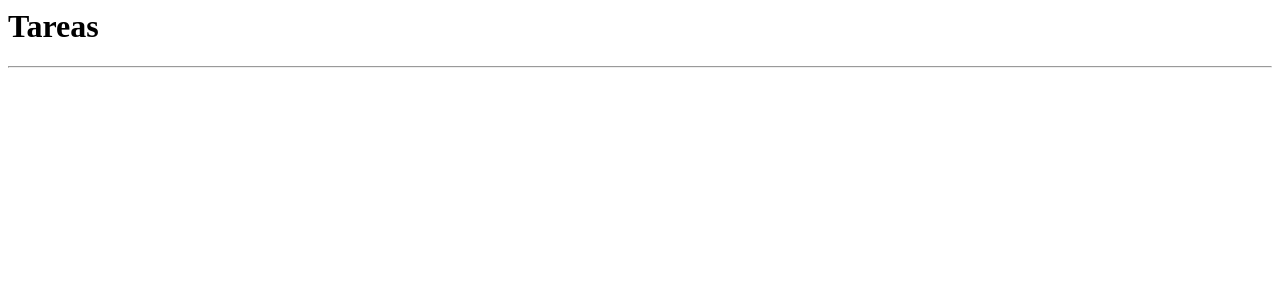
Repository: jhonatan810/waAdministradirdeTareas
Page: AdministradordeTareas/WebContent/paginas/tareas.html
An editor plug-in stored every save of this project. The page is shown before and after the next save, followed by the edit.
The browser window is 1280 px wide. The pictures show the whole page.

Above is the page before, as saved 2016-10-28 22:10:33.

### AdministradordeTareas/WebContent/paginas/tareas.html
<h1>Tareas</h1>

<hr>

<div class="table-responsive">
	<table class="table table-hover">


	</table>
</div>

After the next save:
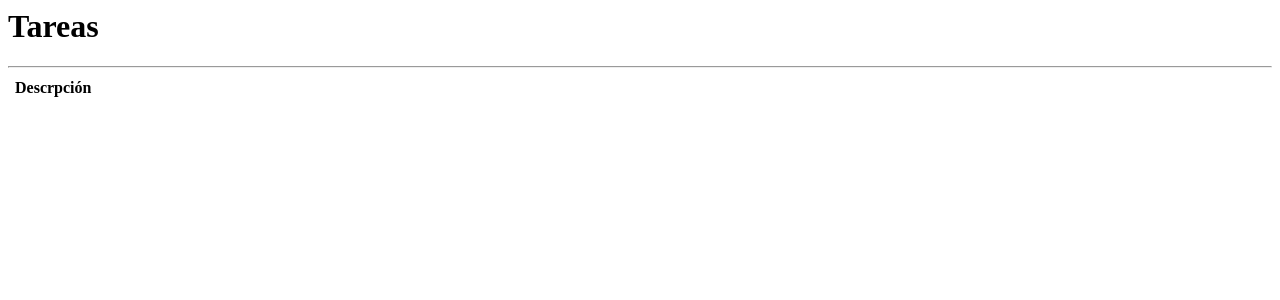
Saved 116 s later.
--- a/AdministradordeTareas/WebContent/paginas/tareas.html
+++ b/AdministradordeTareas/WebContent/paginas/tareas.html
@@ -4,7 +4,12 @@
 
 <div class="table-responsive">
 	<table class="table table-hover">
-
+		<head>
+			<th></th>
+			<th>
+				Descrpci&oacute;n
+			</th>
+		</head>
 
 	</table>
 </div>
